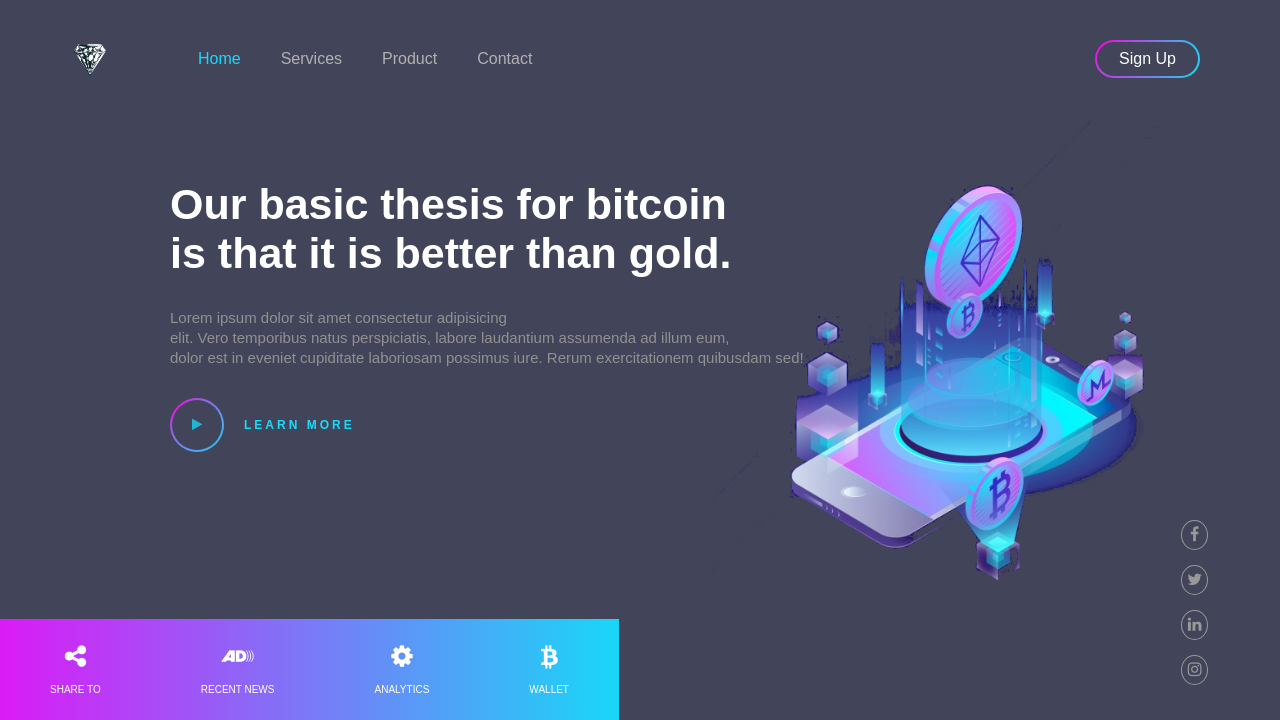
Repository: Aakarshit-Sharma19/Basic-HTML-and-CSS-Page-
Page: index.html
These files come from the project's save history. The page is drawn as it stood at one moment and after the next save; the edit follows.
The browser window is 1280 px wide. The pictures show the whole page.
The pointer rests on the first visible `.play-btn-inner .fa`.

Above is the page before, as saved 2020-11-10 17:29:43.

After the next save:
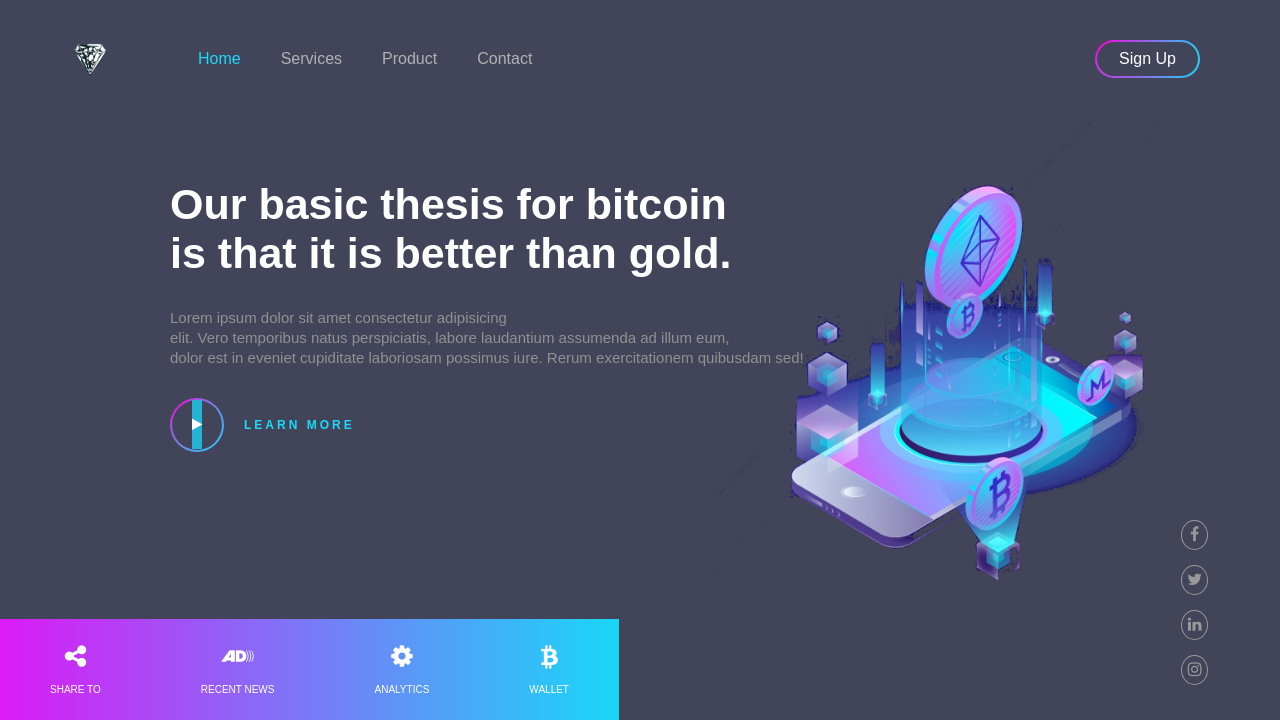
Saved 12 s later.
--- a/style.css
+++ b/style.css
@@ -120,7 +120,8 @@ body{
     cursor: pointer;
 }
 .play-btn-inner .fa:hover{
-    color: #19d8fac2;
+    background-color: #19d8fac2;
+
 }
 
 small{
